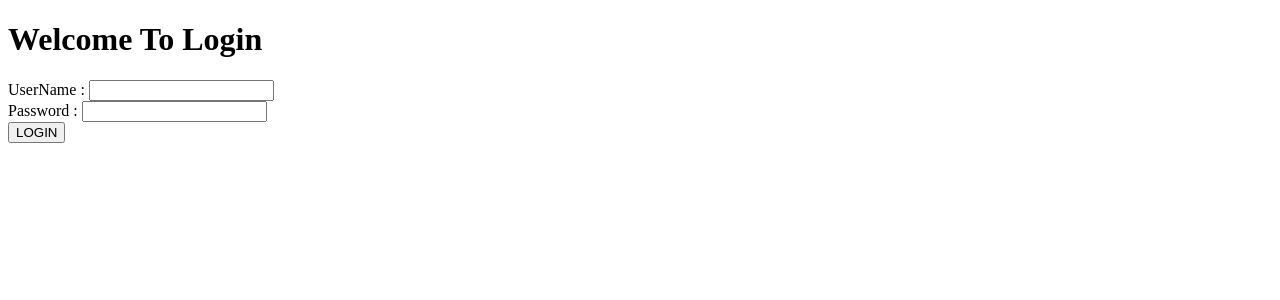
Repository: hitu-1995/reg14_spring_boot
Page: http://localhost/15-Spring-Boot-MVC-Project/login.jsp
These files come from the project's save history. The page is drawn as it stood at one moment and after the next save; the edit follows.
The browser window is 1280 px wide. The pictures show the whole page.
The page is served by Tomcat 9. Other server files are loaded and not shown.

Above is the page before, as saved 2024-02-16 10:48:38.

### 15-Spring-Boot-MVC-Project/src/main/webapp/login.jsp
<%@ page language="java" contentType="text/html; charset=ISO-8859-1"
    pageEncoding="ISO-8859-1"%>
<!DOCTYPE html>
<html>
<head>
<meta charset="ISO-8859-1">
<title>Insert title here</title>
</head>
<body>
 <h1>Welcome To Login </h1>
  <form action="log">

       <label>UserName : </label>
       <input type="text" name="uname"><br>
       <label>Password : </label>
       <input type="text" name="pass"><br>
       <input type="submit" value="LOGIN">
  </form>
</body>
</html>

After the next save:
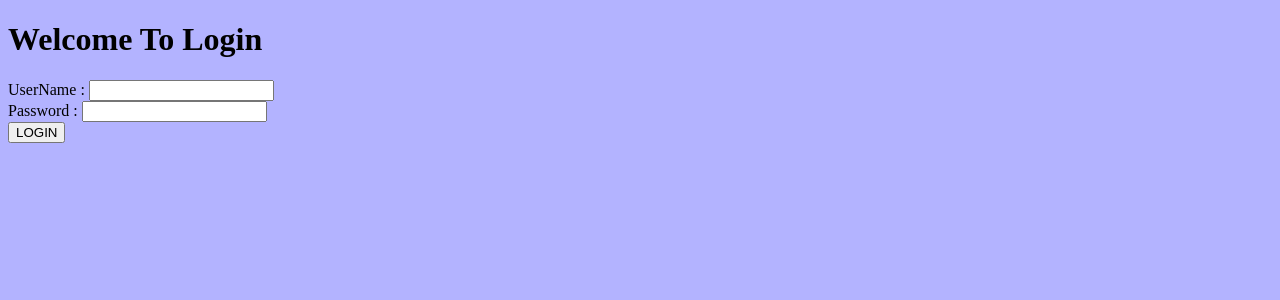
Saved 59 s later.
--- a/15-Spring-Boot-MVC-Project/src/main/webapp/login.jsp
+++ b/15-Spring-Boot-MVC-Project/src/main/webapp/login.jsp
@@ -6,7 +6,7 @@
 <meta charset="ISO-8859-1">
 <title>Insert title here</title>
 </head>
-<body>
+<body style="background-color: #b3b3ff">
  <h1>Welcome To Login </h1>
   <form action="log">
 
